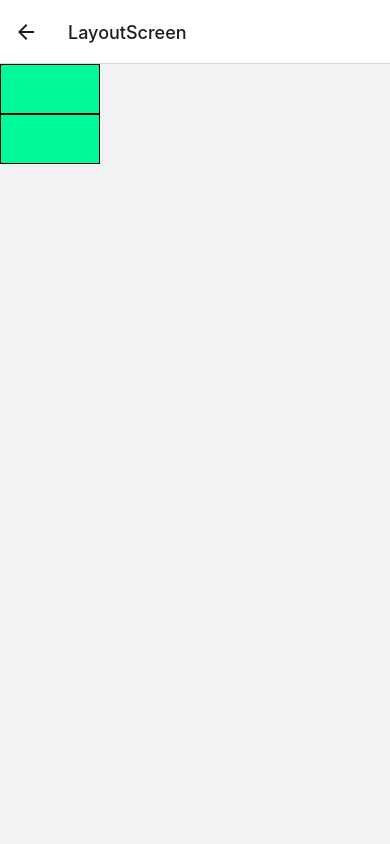
Repository: DS151-UFPR-2023/DS151_Israel-De-Quadros_EX4
Screen: /LayoutScreen
These files come from the project's save history. The screen is drawn as it stood at one moment and after the next save; the edit follows.
The app was drawn by React Native's web renderer in a window 390 px wide. The project was rebuilt for these pictures with package versions that can differ from the ones it lists, and the page was loaded fresh each time. Also part of the build but not shown: src/components/style.js, src/components/title/index.js, src/components/result/index.js, src/components/form/index.js, src/components/main/index.js, src/components/novoComponente/index.js, src/components/counterScreen.js, src/components/ColorList.js.

Above is the screen before, as saved 2023-09-08 18:38:33.

After the next save:
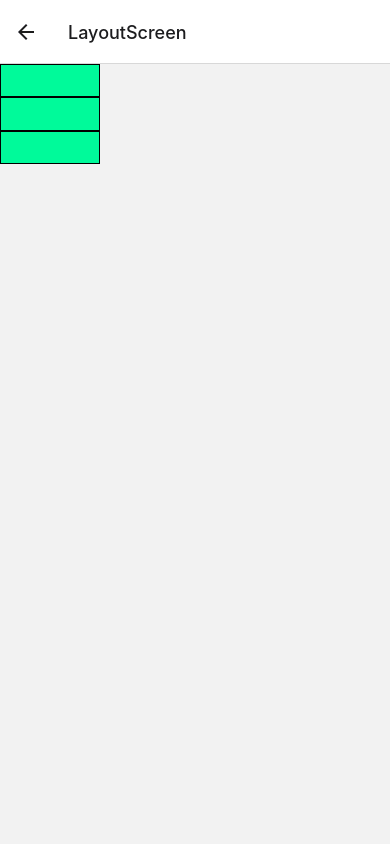
Saved 10 s later.
--- a/src/components/LayoutScreen.js
+++ b/src/components/LayoutScreen.js
@@ -4,7 +4,7 @@ import { View, Text, StyleSheet } from "react-native";
 const LayoutScreen = () => {
     return (
         <View style={styles.root}>
-            <View ></View>
+            <View style={styles.elm3}></View>
             <View style={styles.elm3}></View>
             <View style={styles.elm3}></View>
         </View>
